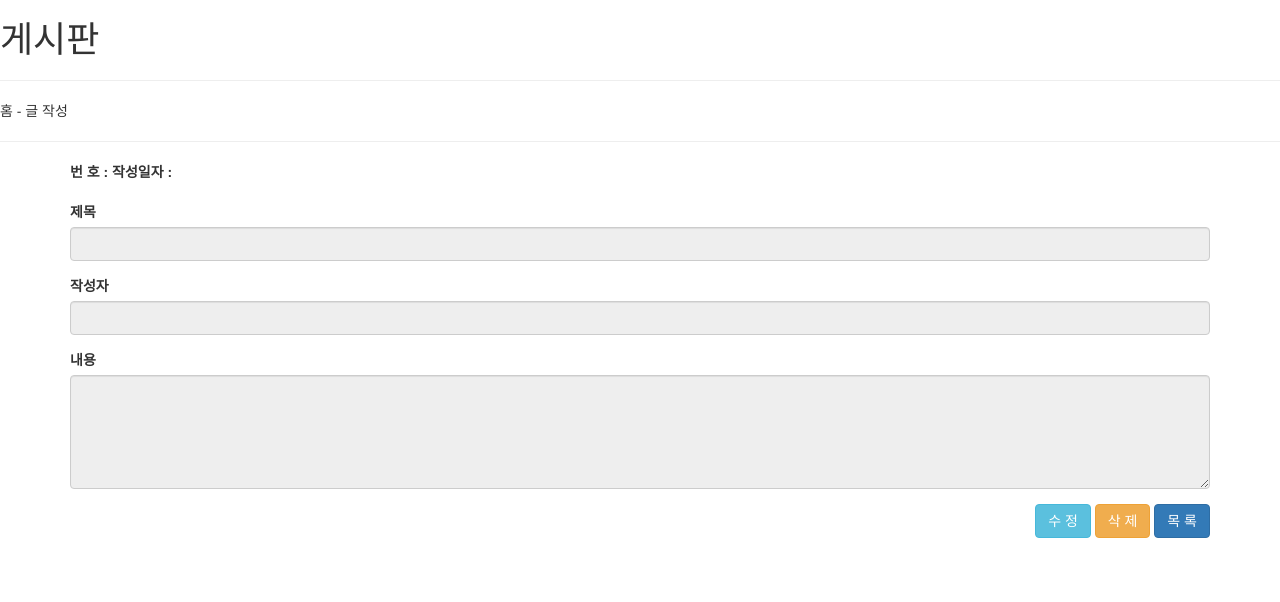
Repository: assa1092/MoonTest
Page: http://localhost/testBoard/WEB-INF/views/board/readView.jsp
The author's editor kept a copy of each file at every save. The page is drawn from the files as they stood at one save, then again after the next save.
The browser window is 1280 px wide. The pictures show the whole page.
The page is served by Tomcat 9. Nobody is signed in. Other server files are loaded and not shown. The template is opened directly, without the code that normally fills it, so the values that code supplies are empty.

Above is the page before, as saved 2020-12-17 01:56:16.

### testBoard/src/main/webapp/WEB-INF/views/board/readView.jsp
<%@ page language="java" contentType="text/html; charset=UTF-8"
	pageEncoding="UTF-8"%>
<%@ taglib uri="http://java.sun.com/jsp/jstl/core" prefix="c"%>
<%@ taglib uri="http://java.sun.com/jsp/jstl/functions" prefix="fn"%>
<%@ taglib uri="http://java.sun.com/jsp/jstl/fmt" prefix="fmt"%>
<!DOCTYPE html>
<html>
<head>
<meta charset="utf-8">
<meta name="viewport" content="width=device-width, initial-scale=1">
<link rel="stylesheet"
	href="https://maxcdn.bootstrapcdn.com/bootstrap/3.4.1/css/bootstrap.min.css">
<script
	src="https://ajax.googleapis.com/ajax/libs/jquery/3.5.1/jquery.min.js"></script>
<script
	src="https://maxcdn.bootstrapcdn.com/bootstrap/3.4.1/js/bootstrap.min.js"></script>

<title>Insert title here</title>
</head>
<body>
	<div id="root">
		<header>
			<h1>게시판</h1>
		</header>
		<hr />

		<nav>홈 - 글 작성</nav>
		<hr />

		<section id="container" class="container">
			<form role="form" method="post">
				<%-- <table>
						<tbody>
							<tr>
								<td>
									<label for="bno">글 번호</label><input type="text" id="bno" name="bno" value="${read.bno}"/>
								</td>
							</tr>
							<tr>
								<td>
									<label for="title">제목</label><input type="text" id="title" name="title" value="${read.title}"/>
								</td>
							</tr>
							<tr>
								<td>
									<label for="content">내용</label><textarea id="content" name="content"><c:out value="${read.content}" /></textarea>
								</td>
							</tr>
							<tr>
								<td>
									<label for="writer">작성자</label><input type="text" id="writer" name="writer" value="${read.writer}" />
								</td>
							</tr>
							<tr>
								<td>
									<label for="regdate">작성날짜</label>
									<fmt:formatDate value="${read.regdate}" pattern="yyyy-MM-dd"/>
								</td>
							</tr>
						</tbody>
					</table> --%>


				<div class="form-group">
					<label for="bno">번 호 : ${read.bno}</label>
						<%-- <input name="bno" id="bno" class="form-control" readonly  value="${read.bno }"> --%>
					<label for="regdate" class="text-right" >작성일자 : </label>
						<fmt:formatDate value="${read.regdate}" pattern="yyyy-MM-dd"/>
						<%-- <input name="regdate" id="regdate" class="form-control" readonly  value="${read.regdate }"> --%>
				</div>

				<div class="form-group">
					<label for="title">제목</label>
					<!-- for="title" 제목 클릭시 name="title"으로 포커스 가게... -->
					<input name="title" id="title" class="form-control" readonly  value="${read.title }">
					<!-- input 태그가 한줄로 모서리 둥글게...class="form-control" -->

				</div>
				<div class="form-group">
					<label for="writer">작성자</label>
						<input name="writer" id="writer" class="form-control" readonly  value="${read.writer }">
				</div>

				<div class="form-group">
					<label for="content">내용</label>
					<textarea rows="5" name="content" id="content" readonly  class="form-control" > ${read.content }</textarea>
				</div>
			</form>

			<div class="form-group" align="right">
					<button id="modifyBtn" class="btn btn-info">수 정</button>
					<button id ="deleteBtn" class="btn btn-warning" >삭 제</button>
					<button id ="listBtn" class="btn btn-primary" >목 록</button>
			</div>
		</section>
	</div>

</body>
</html>

After the next save:
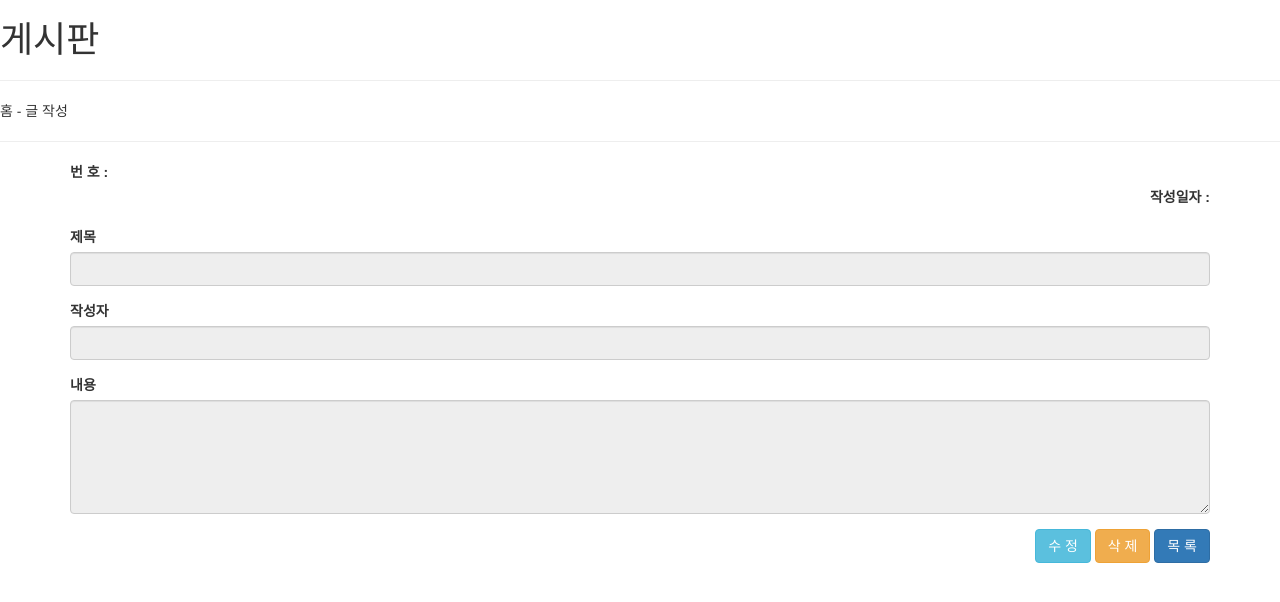
Saved 5 min 9 s later.
--- a/testBoard/src/main/webapp/WEB-INF/views/board/readView.jsp
+++ b/testBoard/src/main/webapp/WEB-INF/views/board/readView.jsp
@@ -64,9 +64,14 @@
 				<div class="form-group">
 					<label for="bno">번 호 : ${read.bno}</label>
 						<%-- <input name="bno" id="bno" class="form-control" readonly  value="${read.bno }"> --%>
-					<label for="regdate" class="text-right" >작성일자 : </label>
+
+					<div class="text-right">
+					<label for="regdate"  >작성일자 : </label>
 						<fmt:formatDate value="${read.regdate}" pattern="yyyy-MM-dd"/>
 						<%-- <input name="regdate" id="regdate" class="form-control" readonly  value="${read.regdate }"> --%>
+
+					</div>
+
 				</div>
 
 				<div class="form-group">

After the save that followed:
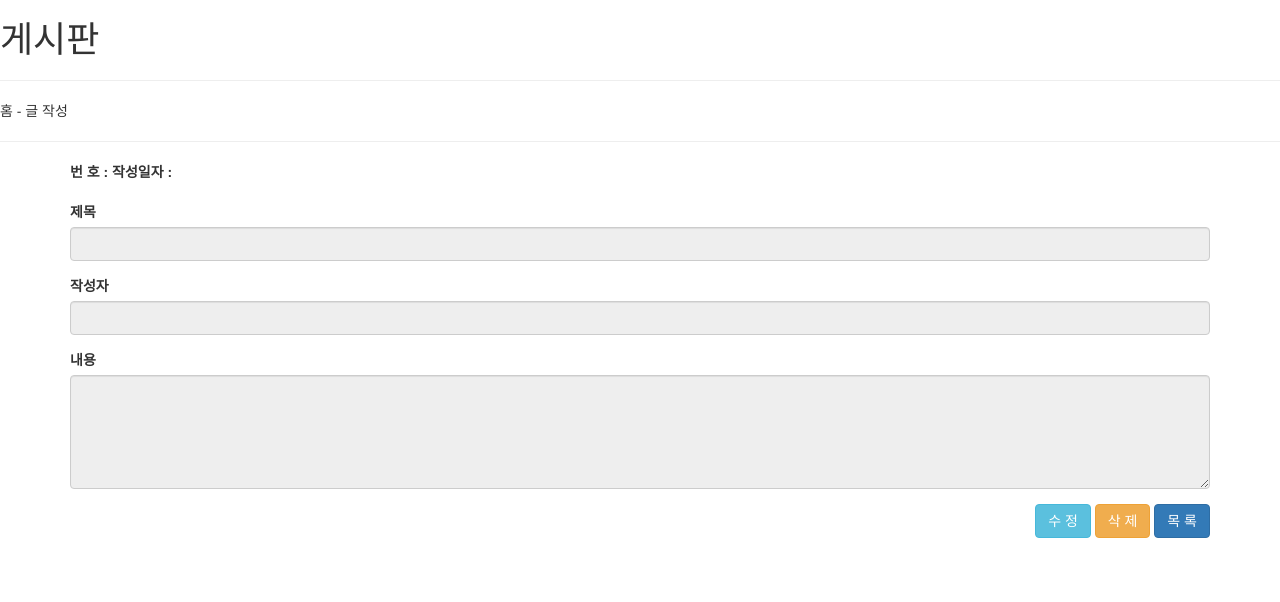
Saved 2 min 56 s later.
--- a/testBoard/src/main/webapp/WEB-INF/views/board/readView.jsp
+++ b/testBoard/src/main/webapp/WEB-INF/views/board/readView.jsp
@@ -65,12 +65,9 @@
 					<label for="bno">번 호 : ${read.bno}</label>
 						<%-- <input name="bno" id="bno" class="form-control" readonly  value="${read.bno }"> --%>
 
-					<div class="text-right">
-					<label for="regdate"  >작성일자 : </label>
+					<label for="regdate"   style="text-align:right" >작성일자 : </label>
 						<fmt:formatDate value="${read.regdate}" pattern="yyyy-MM-dd"/>
 						<%-- <input name="regdate" id="regdate" class="form-control" readonly  value="${read.regdate }"> --%>
-
-					</div>
 
 				</div>
 
